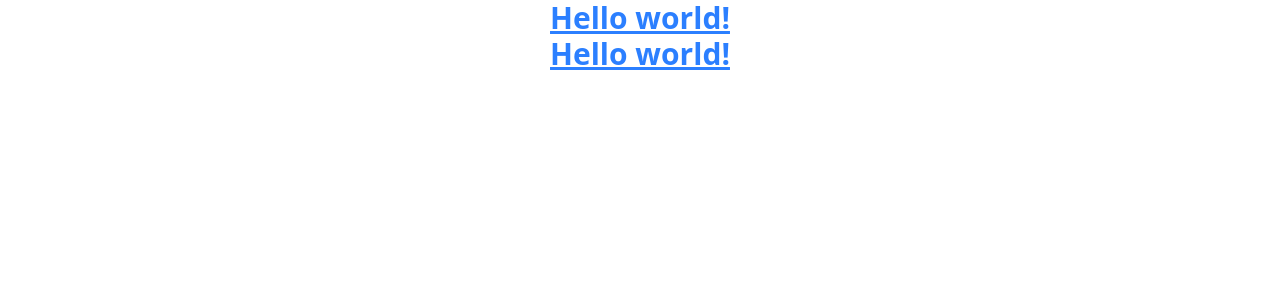
Repository: Meenakshi-commits/password-reset-project
Page: / (app in CLIENT/password-reset-client/)
These files come from the project's save history. The page is drawn as it stood at one moment and after a run of saves; the edit follows.
The browser window is 1280 px wide. The pictures show the whole page.
The project was rebuilt for these pictures with package versions that can differ from the ones it lists, and the page was loaded fresh each time. Also part of the build but not shown: CLIENT/password-reset-client/vite.config.js.

Above is the page before, as saved 2025-02-16 12:13:43.

### CLIENT/password-reset-client/index.html
<!doctype html>
<html lang="en">
  <head>
    <meta charset="UTF-8" />
    <link rel="icon" type="image/svg+xml" href="/vite.svg" />
    <meta name="viewport" content="width=device-width, initial-scale=1.0" />
    <title>Vite + React</title>
  </head>
  <body>
    <div id="root"></div>
    <h1 class="text-3xl font-bold underline text-center text-blue-500">
      Hello world!
    </h1>
    <script type="module" src="/src/main.jsx"></script>
  </body>
</html>

### CLIENT/password-reset-client/src/App.jsx
import { useState } from 'react'
import reactLogo from './assets/react.svg'
import viteLogo from '/vite.svg'
import './App.css'

function App() {
  const [count, setCount] = useState(0)

  return (
    <>

      <h1 className="text-3xl font-bold underline text-center text-blue-500">
    Hello world!
  </h1>

    </>
  )
}

export default App

Loaded but not shown: CLIENT/password-reset-client/src/main.jsx (common file); CLIENT/password-reset-client/src/index.css (common file); CLIENT/password-reset-client/src/App.css (common file)

After the next 2 saves:
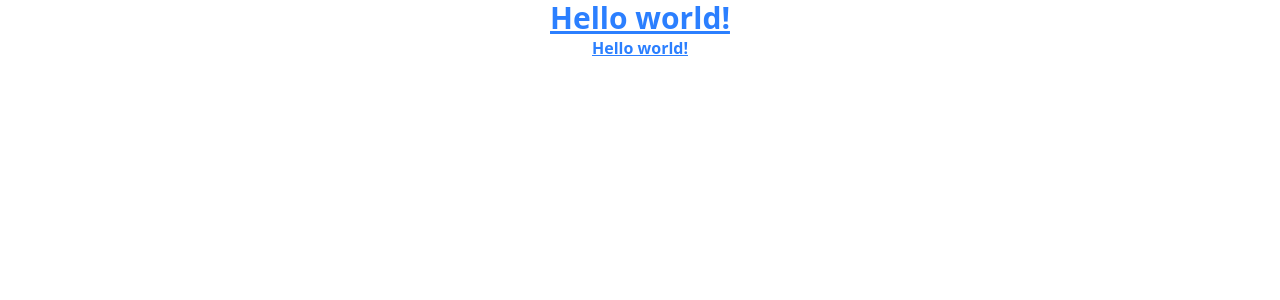
The 2 saves are shown as one change because they came seconds apart.
The last was saved 53 s later.
--- a/CLIENT/password-reset-client/index.html
+++ b/CLIENT/password-reset-client/index.html
@@ -8,7 +8,7 @@
   </head>
   <body>
     <div id="root"></div>
-    <h1 class="text-3xl font-bold underline text-center text-blue-500">
+    <h1 class=" font-bold underline text-center text-blue-500">
       Hello world!
     </h1>
     <script type="module" src="/src/main.jsx"></script>
